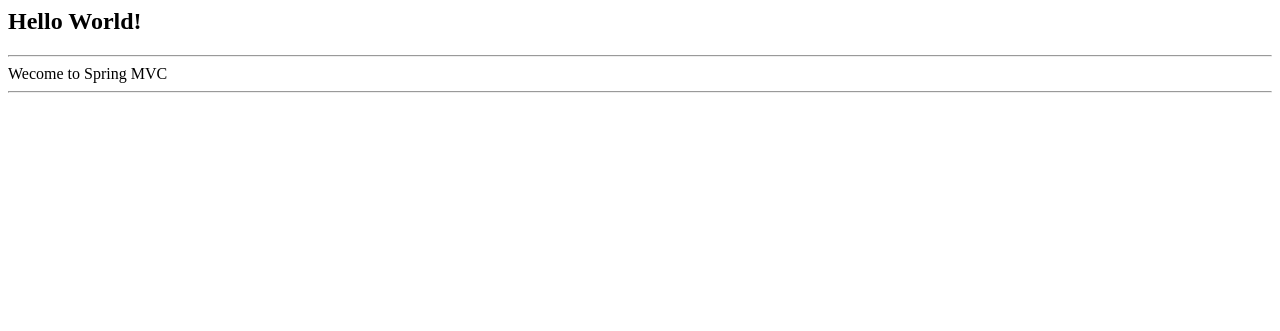
Repository: Gurudutt-S/cts-training
Page: http://localhost/StockExchangeChartingWeb/
The author's editor kept a copy of each file at every save. The page is drawn from the files as they stood at one save, then again after the next save.
The browser window is 1280 px wide. The pictures show the whole page.
The page is served by Tomcat 9.

Above is the page before, as saved 2020-02-11 06:43:51.

After the next save:
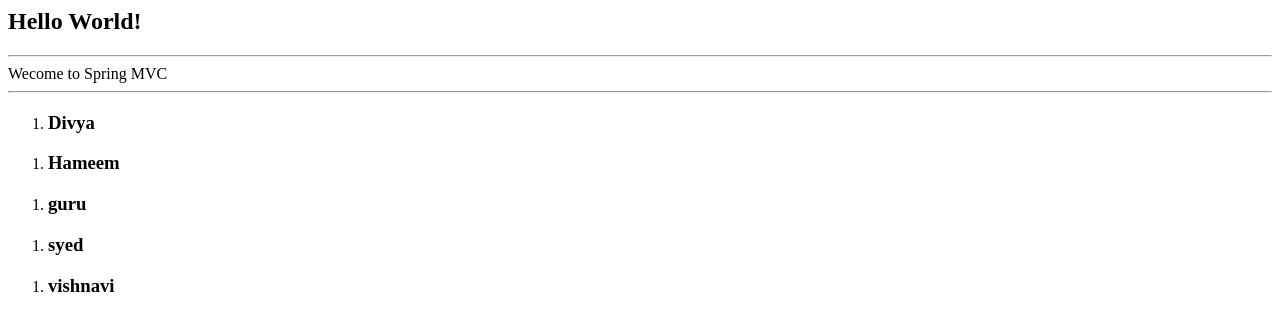
Saved 64 s later.
--- a/Day_35/StockExchangeChartingWeb/src/main/webapp/WEB-INF/views/index.jsp
+++ b/Day_35/StockExchangeChartingWeb/src/main/webapp/WEB-INF/views/index.jsp
@@ -7,7 +7,9 @@
 	${message }
 	<hr>
 	<c:forEach var="name" items="${list }">
-
+		<ol>
+			<li><h3>${name }</h3></li>
+		</ol>
 	</c:forEach>
 </body>
 </html>
